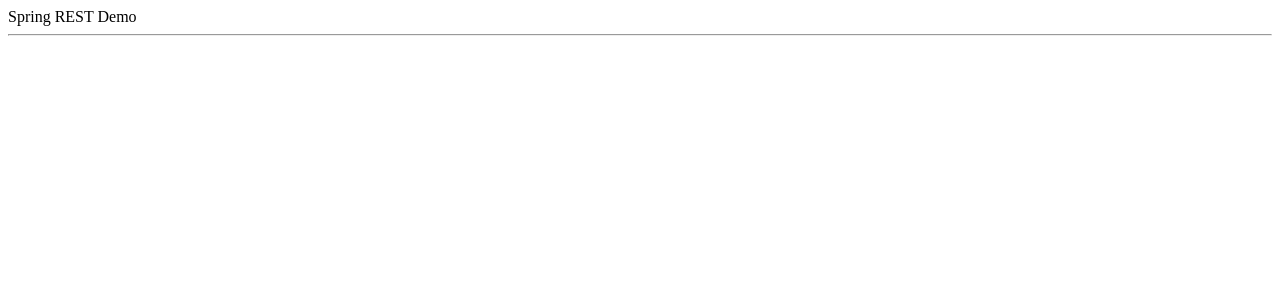
Repository: RKSAHOO4414/spring_basic
Page: http://localhost/spring-rest-demo/
An editor plug-in stored every save of this project. The page is shown before and after the next save, followed by the edit.
The browser window is 1280 px wide. The pictures show the whole page.
The page is served by Tomcat 9. Other server files are loaded and not shown.

Above is the page before, as saved 2022-07-25 12:22:00.

### spring-rest-demo/src/main/webapp/index.jsp
<%@ page language="java" contentType="text/html; charset=ISO-8859-1"
    pageEncoding="ISO-8859-1"%>
<!DOCTYPE html>
<html>
<head>
<meta charset="ISO-8859-1">
<title>Insert title here</title>
</head>
<body>

	Spring REST Demo
	<hr>

</body>
</html>

After the next save:
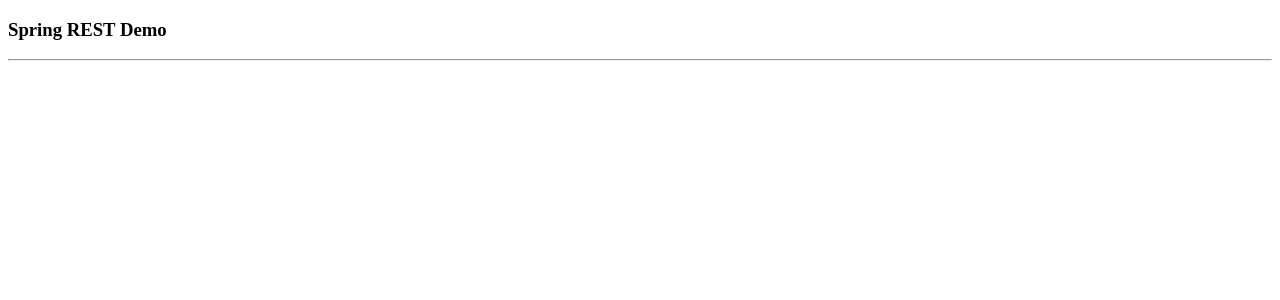
Saved 46 s later.
--- a/spring-rest-demo/src/main/webapp/index.jsp
+++ b/spring-rest-demo/src/main/webapp/index.jsp
@@ -8,7 +8,7 @@
 </head>
 <body>
 
-	Spring REST Demo
+	<h3>Spring REST Demo</h3>
 	<hr>
 
 </body>
